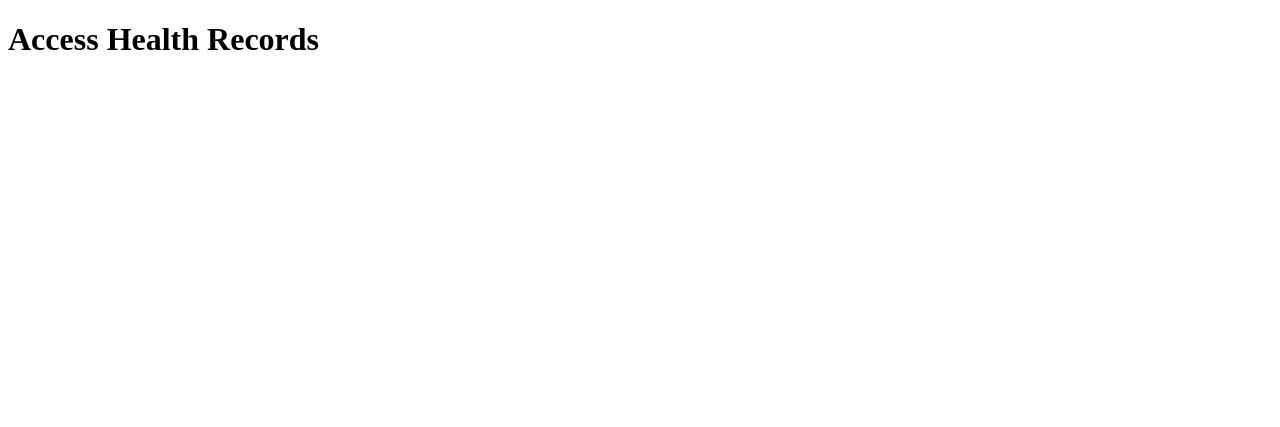
Repository: jaytriggz/Hospital-Management-System
Page: access_health_records.html
These files come from the project's save history. The page is drawn as it stood at one moment and after the next save; the edit follows.
The browser window is 1280 px wide. The pictures show the whole page.

Above is the page before, as saved 2024-07-04 15:48:51.

### access_health_records.html
<!DOCTYPE html>
<html lang="en">
<head>
    <meta charset="UTF-8">
    <title>Access Health Records</title>
</head>
<body>
    <h1>Access Health Records</h1>
    <!-- Content for accessing health records -->
</body>
</html>

After the next save:
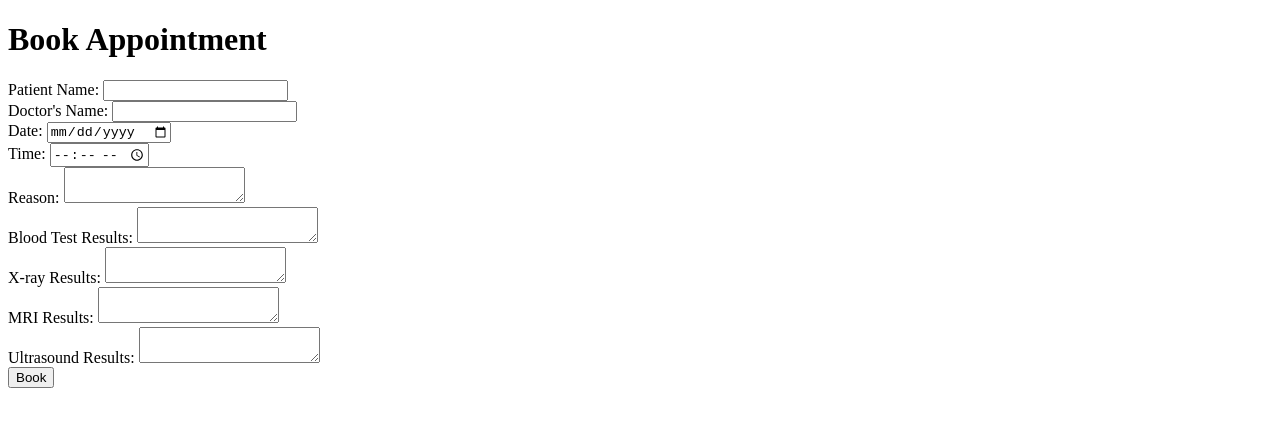
Saved 2 min 47 s later.
--- a/access_health_records.html
+++ b/access_health_records.html
@@ -2,10 +2,72 @@
 <html lang="en">
 <head>
     <meta charset="UTF-8">
-    <title>Access Health Records</title>
+    <title>Book Appointment</title>
 </head>
 <body>
-    <h1>Access Health Records</h1>
-    <!-- Content for accessing health records -->
+    <h1>Book Appointment</h1>
+    <form id="appointmentForm">
+        <label for="patientName">Patient Name:</label>
+        <input type="text" id="patientName" name="patientName" required><br>
+
+        <label for="doctorName">Doctor's Name:</label>
+        <input type="text" id="doctorName" name="doctorName" required><br>
+
+        <label for="date">Date:</label>
+        <input type="date" id="date" name="date" required><br>
+
+        <label for="time">Time:</label>
+        <input type="time" id="time" name="time" required><br>
+
+        <label for="reason">Reason:</label>
+        <textarea id="reason" name="reason" required></textarea><br>
+
+        <label for="bloodTest">Blood Test Results:</label>
+        <textarea id="bloodTest" name="bloodTest"></textarea><br>
+
+        <label for="xray">X-ray Results:</label>
+        <textarea id="xray" name="xray"></textarea><br>
+
+        <label for="mri">MRI Results:</label>
+        <textarea id="mri" name="mri"></textarea><br>
+
+        <label for="ultrasound">Ultrasound Results:</label>
+        <textarea id="ultrasound" name="ultrasound"></textarea><br>
+
+        <button type="submit">Book</button>
+    </form>
+
+    <script>
+        document.getElementById('appointmentForm').addEventListener('submit', function(event) {
+            event.preventDefault();
+
+            const formData = {
+                patientName: document.getElementById('patientName').value,
+                doctorName: document.getElementById('doctorName').value,
+                date: document.getElementById('date').value,
+                time: document.getElementById('time').value,
+                reason: document.getElementById('reason').value,
+                bloodTest: document.getElementById('bloodTest').value,
+                xray: document.getElementById('xray').value,
+                mri: document.getElementById('mri').value,
+                ultrasound: document.getElementById('ultrasound').value
+            };
+
+            fetch('/appointments', {
+                method: 'POST',
+                headers: {
+                    'Content-Type': 'application/json'
+                },
+                body: JSON.stringify(formData)
+            })
+            .then(response => response.text())
+            .then(data => {
+                alert(data);
+            })
+            .catch(error => {
+                console.error('Error:', error);
+            });
+        });
+    </script>
 </body>
 </html>

After the save that followed:
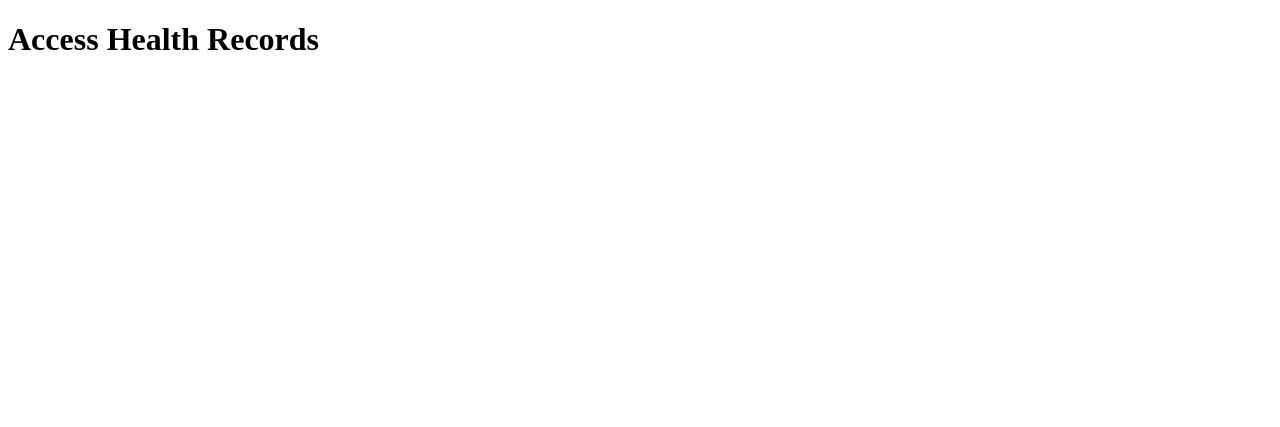
Saved 67 s later.
--- a/access_health_records.html
+++ b/access_health_records.html
@@ -2,72 +2,10 @@
 <html lang="en">
 <head>
     <meta charset="UTF-8">
-    <title>Book Appointment</title>
+    <title>Access Health Records</title>
 </head>
 <body>
-    <h1>Book Appointment</h1>
-    <form id="appointmentForm">
-        <label for="patientName">Patient Name:</label>
-        <input type="text" id="patientName" name="patientName" required><br>
-
-        <label for="doctorName">Doctor's Name:</label>
-        <input type="text" id="doctorName" name="doctorName" required><br>
-
-        <label for="date">Date:</label>
-        <input type="date" id="date" name="date" required><br>
-
-        <label for="time">Time:</label>
-        <input type="time" id="time" name="time" required><br>
-
-        <label for="reason">Reason:</label>
-        <textarea id="reason" name="reason" required></textarea><br>
-
-        <label for="bloodTest">Blood Test Results:</label>
-        <textarea id="bloodTest" name="bloodTest"></textarea><br>
-
-        <label for="xray">X-ray Results:</label>
-        <textarea id="xray" name="xray"></textarea><br>
-
-        <label for="mri">MRI Results:</label>
-        <textarea id="mri" name="mri"></textarea><br>
-
-        <label for="ultrasound">Ultrasound Results:</label>
-        <textarea id="ultrasound" name="ultrasound"></textarea><br>
-
-        <button type="submit">Book</button>
-    </form>
-
-    <script>
-        document.getElementById('appointmentForm').addEventListener('submit', function(event) {
-            event.preventDefault();
-
-            const formData = {
-                patientName: document.getElementById('patientName').value,
-                doctorName: document.getElementById('doctorName').value,
-                date: document.getElementById('date').value,
-                time: document.getElementById('time').value,
-                reason: document.getElementById('reason').value,
-                bloodTest: document.getElementById('bloodTest').value,
-                xray: document.getElementById('xray').value,
-                mri: document.getElementById('mri').value,
-                ultrasound: document.getElementById('ultrasound').value
-            };
-
-            fetch('/appointments', {
-                method: 'POST',
-                headers: {
-                    'Content-Type': 'application/json'
-                },
-                body: JSON.stringify(formData)
-            })
-            .then(response => response.text())
-            .then(data => {
-                alert(data);
-            })
-            .catch(error => {
-                console.error('Error:', error);
-            });
-        });
-    </script>
+    <h1>Access Health Records</h1>
+    <!-- Content for accessing health records -->
 </body>
 </html>
